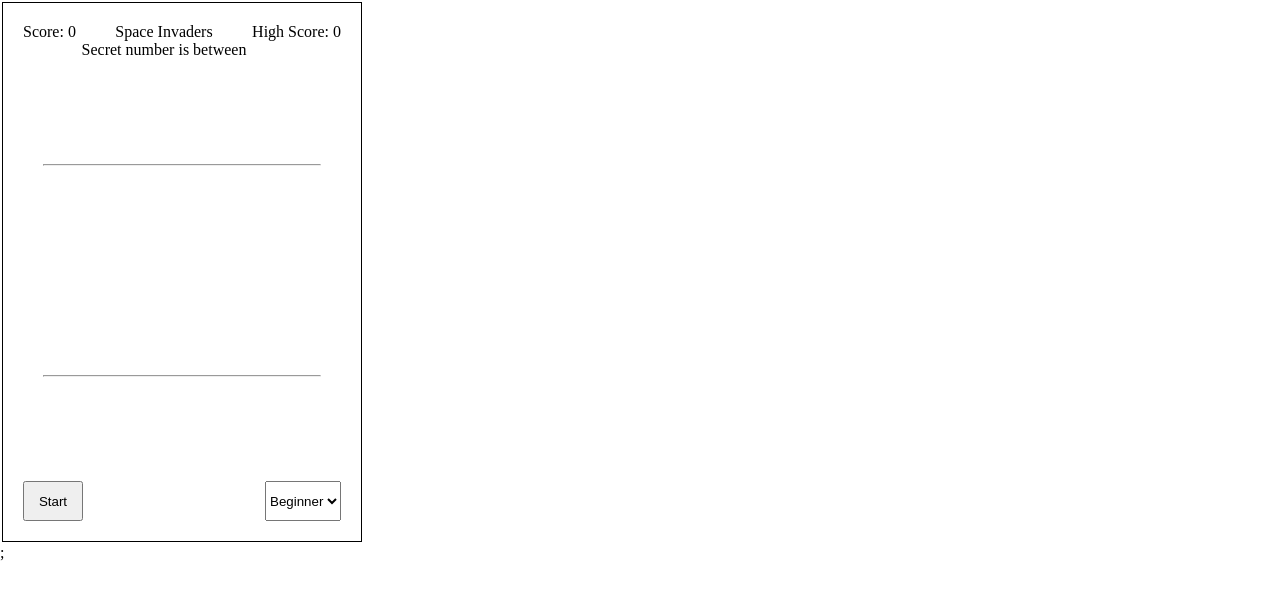
Repository: baziz22/Vanilla_JS_Projects
Page: space invaders/index.html
These files come from the project's save history. The page is drawn as it stood at one moment and after the next save; the edit follows.
The browser window is 1280 px wide. The pictures show the whole page.

Above is the page before, as saved 2022-02-20 00:54:45.

After the next save:
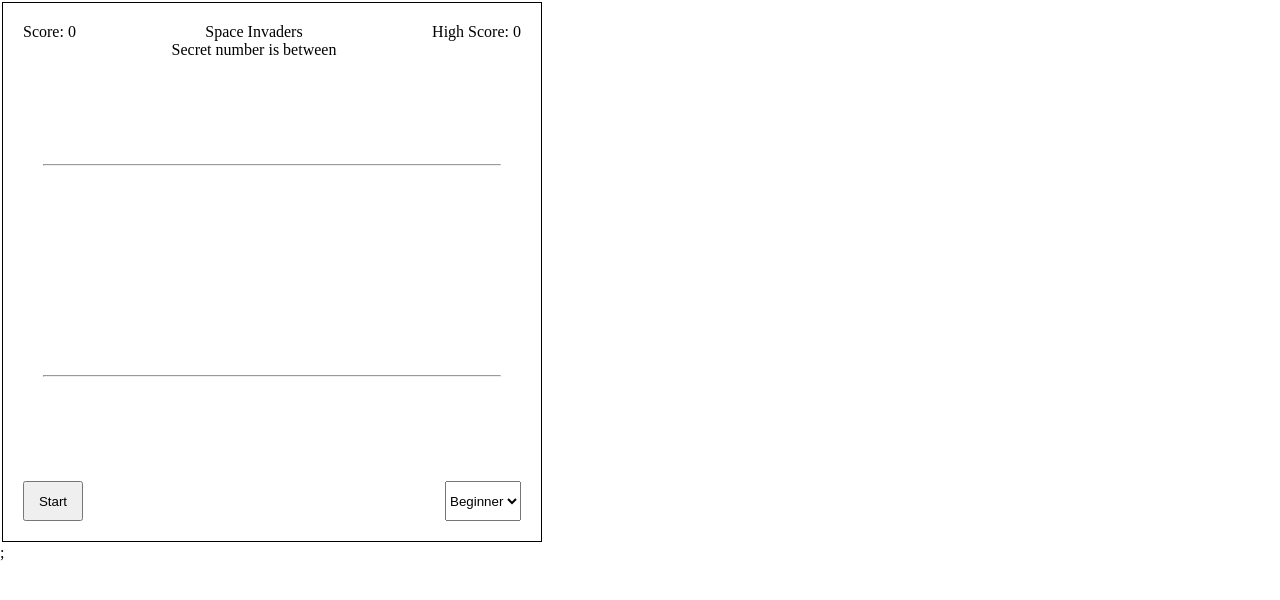
Saved 9 s later.
--- a/space invaders/style.css
+++ b/space invaders/style.css
@@ -4,7 +4,7 @@
   box-sizing: border-box;
 }
 #scene {
-  max-width: 50vh;
+  max-width: 75vh;
   min-height: 75vh;
   padding: 20px;
   margin: 2px;
